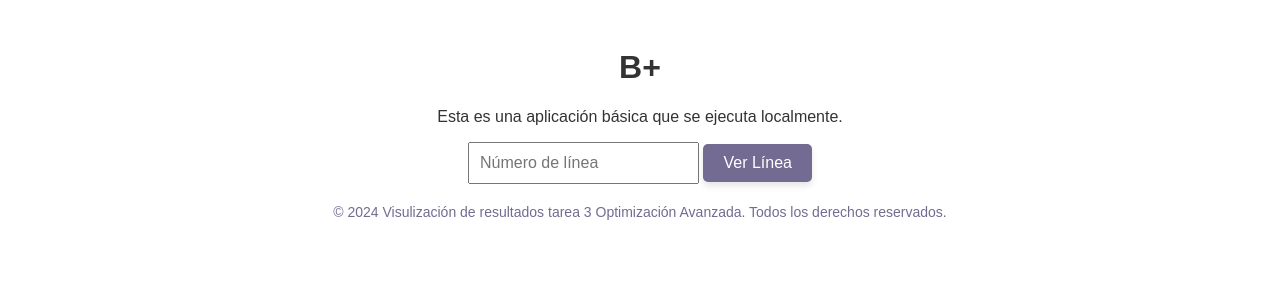
Repository: cflorido/Front_T3
Page: index.html
These files come from the project's save history. The page is drawn as it stood at one moment and after the next save; the edit follows.
The browser window is 1280 px wide. The pictures show the whole page.

Above is the page before, as saved 2024-10-22 19:09:05.

After the next save:
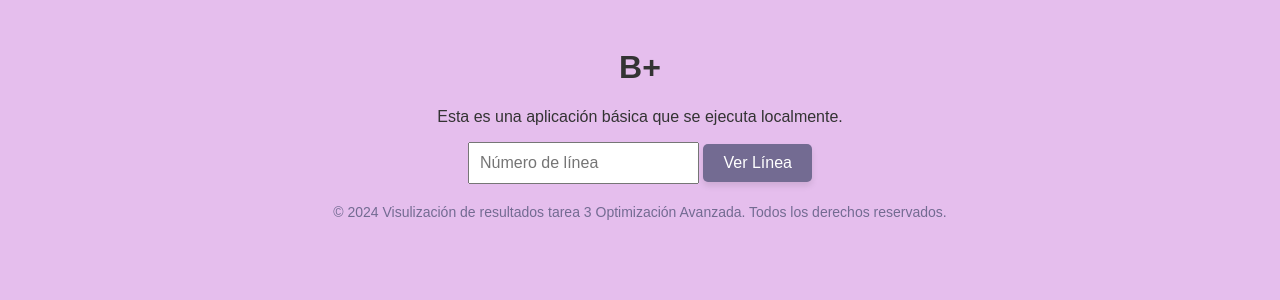
Saved 88 s later.
--- a/index.html
+++ b/index.html
@@ -7,7 +7,7 @@
     <style>
         body {
             font-family: Arial, sans-serif;
-            background-color: #ffffff; /* Color de fondo */
+            background-color: #E5BEED; /* Color de fondo */
             color: #333;
             text-align: center;
             padding: 20px;
